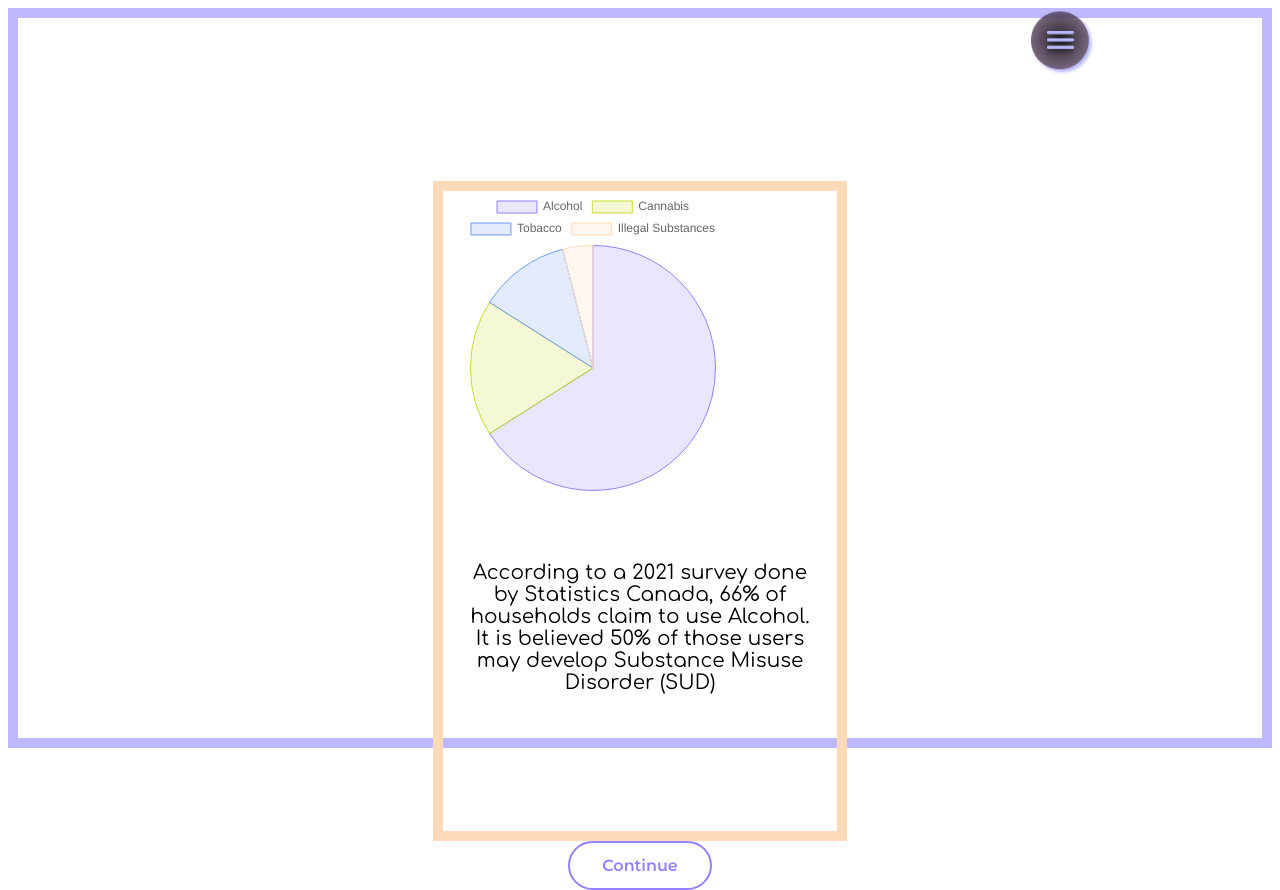
Repository: olivia-sk/MDIA-2109-2106-Big-Project
Page: /statistics3/statistics
These files come from the project's save history. The page is drawn as it stood at one moment and after the next save; the edit follows.
The browser window is 1280 px wide. The pictures show the whole page.
The project was rebuilt for these pictures with package versions that can differ from the ones it lists, and the page was loaded fresh each time. The framework's server and built-in components were replaced by stand-ins that run in the browser. Also part of the build but not shown: next.config.js, styles/globals.css, components/Button/Button.module.css, components/Button/index.js, components/WaterWave/Wave.module.css, components/WaterWave/index.js.

Above is the page before, as saved 2023-04-15 15:45:09.

### pages/statistics3/statistics.js
import Head from "next/head";
import Image from "next/image";
import styles from "@/styles/Statistics.module.css";
import Pie from "@/components/PieChart";
import Link from "next/link";
import Navigation from "@/components/Menu";
import Button from "@/components/Button";
import WaterWave from "@/components/WaterWave";


export default function Statistics() {
  return (
    <>
      <Head>
        <title>New Habits Web App</title>
        <meta name="description" content="To identify and help those who suffer from Substance Misuse" />
        <meta name="viewport" content="width=device-width, initial-scale=1" />
        <link rel="icon" href="/favicon.ico" />
      </Head>
      <main className={styles.parent}>
          <div class={styles.div3}>
          <h1 className={styles.title}>New Habits</h1>
          </div>
          <Navigation/>
          <div className={styles.div1}>
            <Pie/>
            <h2>Substance Misuse Statistics</h2>
            <p>According to a 2021 survey done by Statistics Canada, 66% of households claim to use Alcohol. It is believed 50% of those users may develop Substance Misuse Disorder (SUD)</p>
          </div>
          <div class={styles.div2}>
            <div className={styles.button}>
              <Link href="/get_started5/get_started" className={styles.link}>Continue</Link>
            </div>
          </div>
      </main>
    </>
  )
}

### styles/Statistics.module.css

.parent {
  display: grid;
  grid-template-columns: repeat(3, 1fr);
  grid-column-gap: 0px;
  grid-row-gap: 0px;
  height: 100vh;
  border: solid 10px rgb(190, 185, 255);
}

.div3 {
  grid-area:  1 / 2 / 2 / 3;
  height: 5rem;
  padding: 10%;
}
.title {
  display: flex;
  align-items: center;
  justify-content: center;
  font-family: var(--font-title);
  font-size: var(--title-size);
  /** This is the line that makes the text gradient */
  background-image: var(--radial-text);
  -webkit-background-clip: text;
  background-clip: text;
  color: transparent;
  /**/
  font-weight: 500;
  text-align: center;
}
.div1 {
  grid-area: 2 / 2 / 3 / 3;
  height: 40rem;
  border: solid 10px rgba(255, 218, 185, 1);
}
.div1 h2 {
  display: flex;
  align-items: center;
  justify-content: center;
  font-family: var(--font-text);
  font-size: var(--subtitle-size);
  /** This is the line that makes the text gradient */
  background-image: var(--radial-text);
  -webkit-background-clip: text;
  background-clip: text;
  color: transparent;
  /**/
  text-align: center;
  font-weight: 400;

}
.div1 p {
  font-family: 'Comfortaa';
  font-style: normal;
  font-weight: 400;
  font-size: 20px;
  line-height: 22px;
  text-align: center;
  color: black;
  padding: 5%;
}
.div2 {
  grid-area: 3 / 1 / 4 / 4;
  display: flex;
  justify-content: center;
}


/*Button*/
.button {
  display: flex;
  color: rgb(147, 129, 255);
  background: transparent;
  border: solid 2px rgb(147, 129, 255);
  width: 140px;
  height: 45px;
  border-radius: 100px;
  justify-content: center;
  align-items: center;
  font-weight: 600;
  font-family: 'Montserrat', sans-serif;
}

.link {
  text-decoration: none;
  color: rgb(147, 129, 255);
  display: flex;
}

.link:hover {
  color: white;

}

.button:hover {
  border: white;
  color: white;
  background-color: rgb(147, 129, 255);
  cursor: pointer;
}

.button:hover .link {
  color: white; /* This line makes the link text turn white when hovering the button */
}

### components/PieChart/index.js
import React from 'react';
import { Chart as ChartJS, ArcElement, Tooltip, Legend } from 'chart.js';
import { Pie } from 'react-chartjs-2';
import styles from '@/components/PieChart/PieChart.module.css'

ChartJS.register(ArcElement, Tooltip, Legend);

export const data = {
  labels: ['Alcohol', 'Cannabis', 'Tobacco', 'Illegal Substances'],
  datasets: [
    {
      label: '% of Household Users',
      data: [66, 18, 12, 4,],
      backgroundColor: [
        'rgba(147, 129, 255, 0.2)',
        'rgba(202, 219, 42, 0.2)',
        'rgba(111, 154, 255, 0.2)',
        'rgba(255, 218, 185, 0.2)',
      ],
      borderColor: [
        'rgba(147, 129, 255, 1)',
        'rgba(202, 219, 42, 1)',
        'rgba(111, 154, 255, 1)',
        'rgba(255, 218, 185, 1)',
      ],
      borderWidth: 1,
    },
  ],
};

export default function App() {
  return (
    <div className={styles.pie}>
        <Pie data={data} />
    </div>
  )
}

### components/Menu/index.js
import React, { useRef } from 'react'
import styles from './Menu.module.css'
import Image from 'next/image'
import Link from 'next/link'

export default function Navigation() {
  const hamburgerRef = useRef();
  const navigationRef = useRef();

  const handleClickOutside = (event) => {
    const isClickInside =
      navigationRef.current.contains(event.target) ||
      hamburgerRef.current.contains(event.target);
    if (!isClickInside) {
      navigationRef.current.classList.remove(styles.active);
      hamburgerRef.current.classList.remove(styles.hidden);
    }
  };

  const handleHamburgerClick = () => {
    navigationRef.current.classList.add(styles.active);
    hamburgerRef.current.classList.add(styles.hidden);
  };

  React.useEffect(() => {
    document.addEventListener("click", handleClickOutside);

    return () => {
      document.removeEventListener("click", handleClickOutside);
    };
  }, []);

  return (
    <>
      <div className={styles.navigation} ref={navigationRef}>
        <button
          className={`${styles.hamburger} ${styles.bar}`}
          onClick={handleHamburgerClick}
          ref={hamburgerRef}
        >
          <Image src="/Menu/burger.png" width={65} height={65} alt='burger menu'/>
        </button>
        <nav>
          <h1 className={styles.menutitle}>Menu</h1>
          <ul>
            <li>
              <Link href="/">Home</Link>
            </li>
            <li>
              <Link href="/get_started5/get_started">Quiz</Link>
            </li>
            <li>
              <Link href="/disclaimer11/disclaimer">Disclaimer</Link>
            </li>
            <li>
              <Link href="/resources13/resources">Resources</Link>
            </li>
          </ul>
        </nav>
      </div>
    </>
  );
}

### components/PieChart/PieChart.module.css
.pie {
    width: 300px;
    height: 300px;
}

### components/Menu/Menu.module.css
@import url('https://fonts.googleapis.com/css2?family=Montserrat:wght@400;500;600;700&display=swap');

.navigation {
  position: fixed;
  top: 0;
  right: -500px;
  width: 280px;
  height: 100%;
  background-image: url("/Menu/background.png");
  background-size: cover;
  transition: 0.5s;
  border-radius: 27px 0 0 27px;
  z-index: 3;
}

.menutitle {
  font-family: 'Montserrat', sans-serif;
  font-style: normal;
  font-weight: 400;
  font-size: 24px;
  display: flex;
  align-items: left;
  color: rgba(255, 255, 255, 0.50);
  margin: 1.5rem;
}

.navigation ul li {
  display: flex;
  color: rgba(255, 255, 255, 0.5);
  line-height: 20px;
  text-align: left;
  font-weight: 500;
  list-style-type: none;
  font-size: 14px;
  padding: 20px 30px;
  border-bottom: 0px 64px 64px -32px rgba(41, 15, 0, 100);
  transition: all 0.3s ease;
}

.navigation ul li:hover {
  padding: 16px 20px;
  background-image: url("/Menu/hover.png");
  background-size: cover;
  border-radius: 12px;
  cursor: pointer;
}

.hamburger,
.bar {
  position: fixed;
}

.hamburger {
  display: flex;
  top: 6%;
  left: 80%;
  transform: translateY(-50%);
  border: 0;
  background: 0 0;
  margin-right: 10rem;
  z-index: 3;

}

.hamburger.hidden {
  display: none;
}

.navigation.active {
  right: 0;
  z-index: 3;
}

Loaded but not shown: pages/_app.js (common file); pages/_document.js (common file)

After the next save:
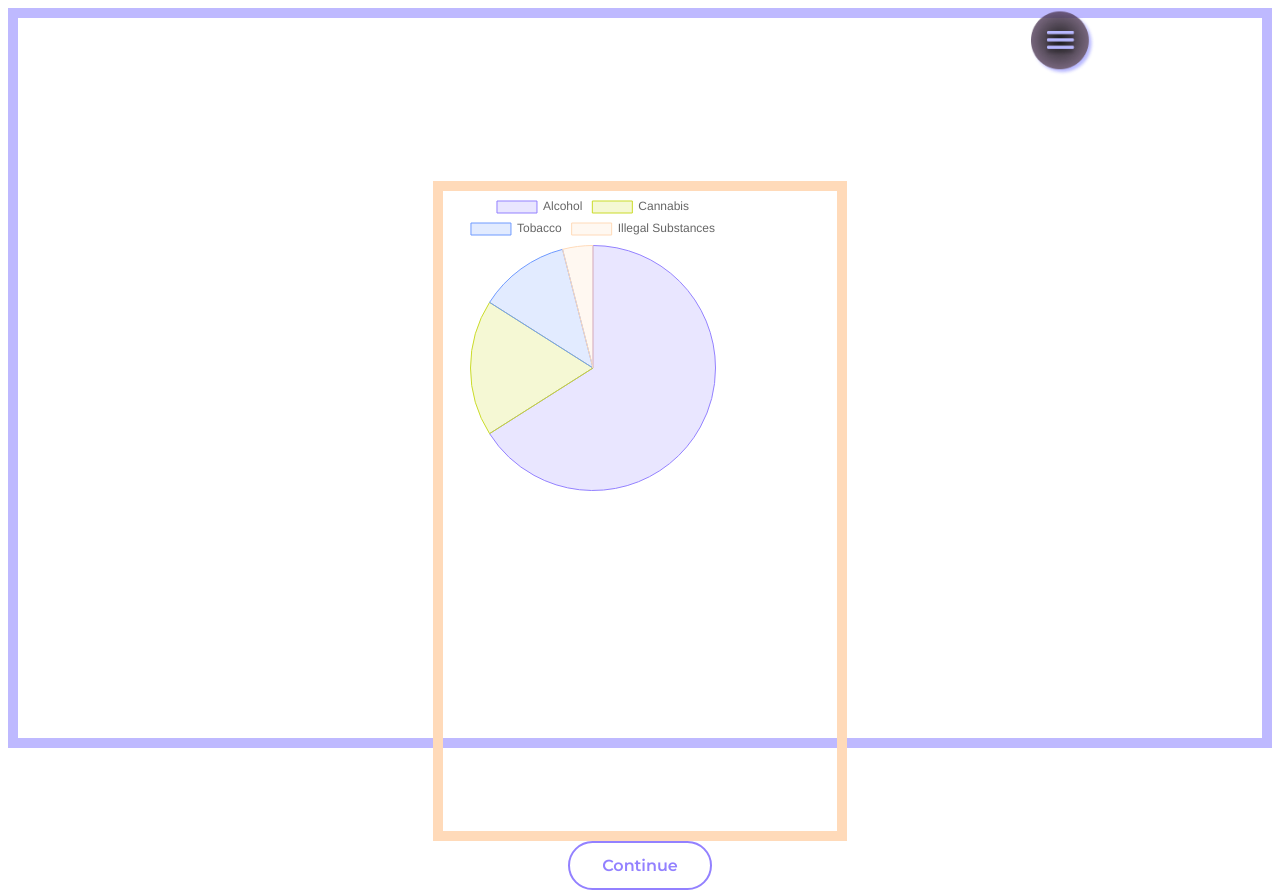
Saved 91 s later.
--- a/styles/Statistics.module.css
+++ b/styles/Statistics.module.css
@@ -50,14 +50,19 @@
 
 }
 .div1 p {
-  font-family: 'Comfortaa';
-  font-style: normal;
+  display: flex;
+  align-items: center;
+  justify-content: center;
+  font-family: var(--font-text);
+  font-size: 20px;
+  /** This is the line that makes the text gradient */
+  background-image: var(--radial-text);
+  -webkit-background-clip: text;
+  background-clip: text;
+  color: transparent;
+  /**/
+  text-align: center;
   font-weight: 400;
-  font-size: 20px;
-  line-height: 22px;
-  text-align: center;
-  color: black;
-  padding: 5%;
 }
 .div2 {
   grid-area: 3 / 1 / 4 / 4;
